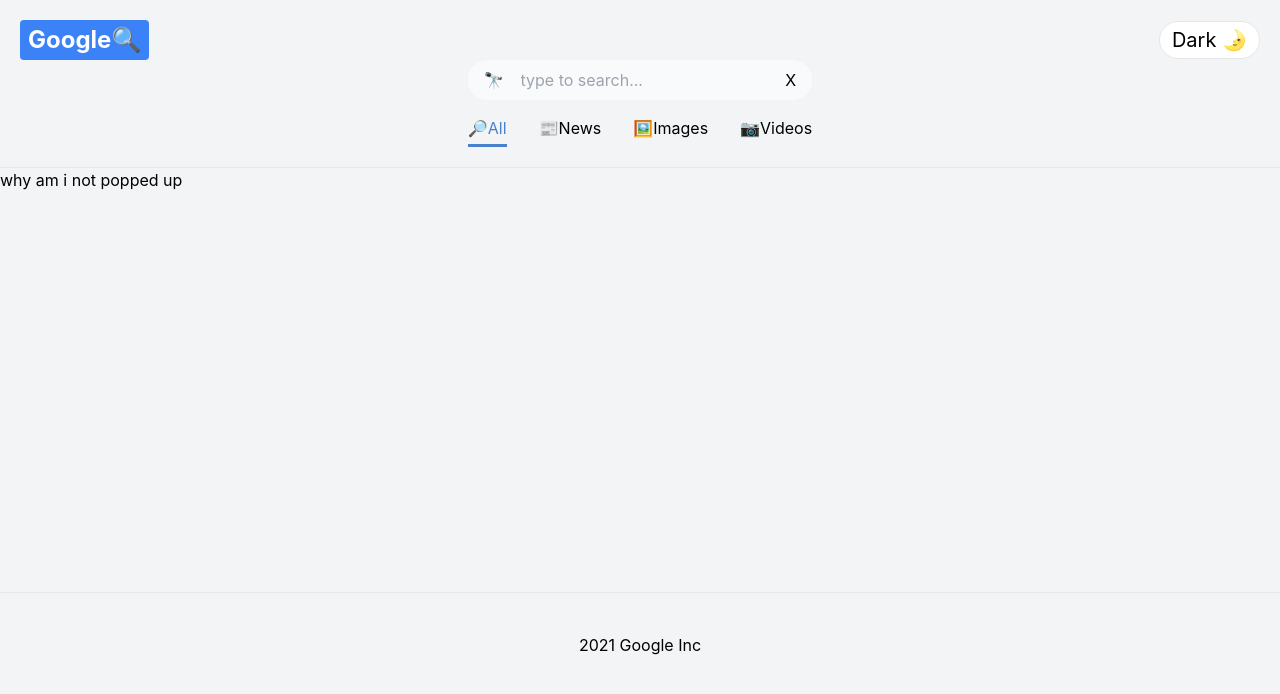
Repository: duck2913/google-search-clone
Page: /
These files come from the project's save history. The page is drawn as it stood at one moment and after the next save; the edit follows.
The browser window is 1280 px wide. The pictures show the whole page.
The project was rebuilt for these pictures with package versions that can differ from the ones it lists, and the page was loaded fresh each time. Also part of the build but not shown: src/App.css, src/routes/Images.tsx, src/routes/Video.tsx, src/routes/News.tsx.

Above is the page before, as saved 2022-05-25 16:06:16.

After the next save:
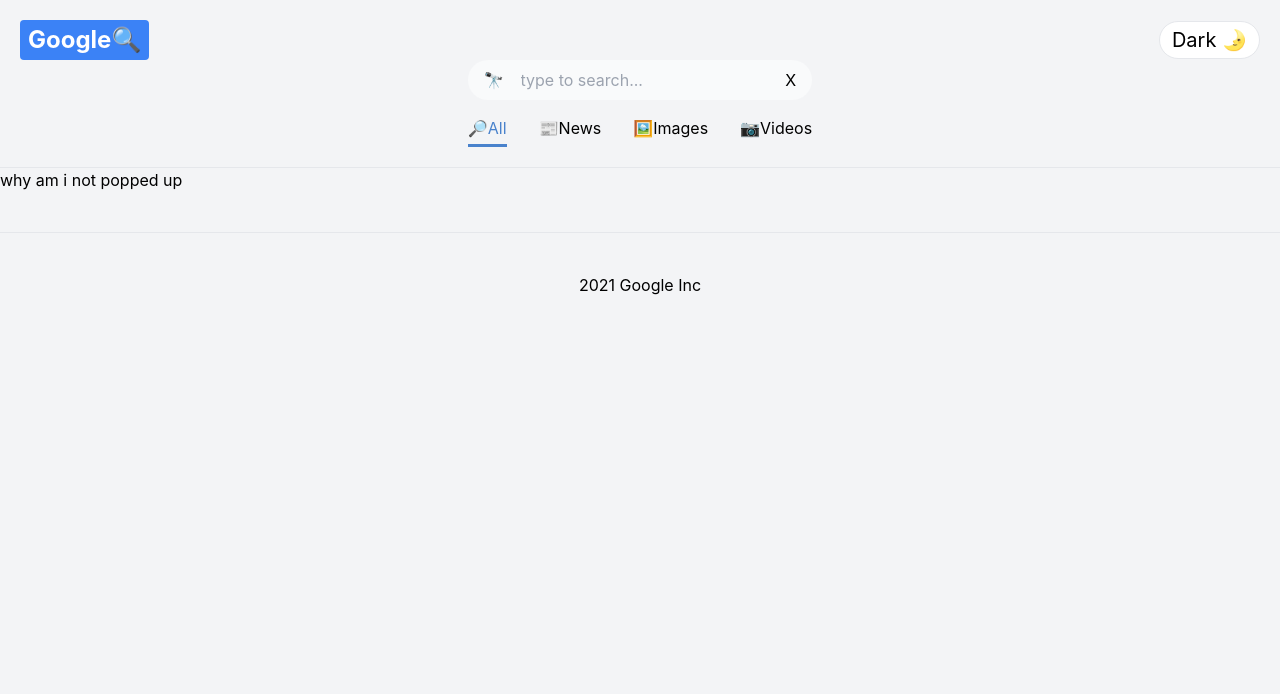
Saved 4 h 5 min later.
--- a/src/routes/Results.tsx
+++ b/src/routes/Results.tsx
@@ -1,5 +1,5 @@
 const Results = () => {
-	return <div className="h-96">why am i not popped up</div>;
+	return <div className="h-">why am i not popped up</div>;
 };
 
 export default Results;

After the 2 saves that followed:
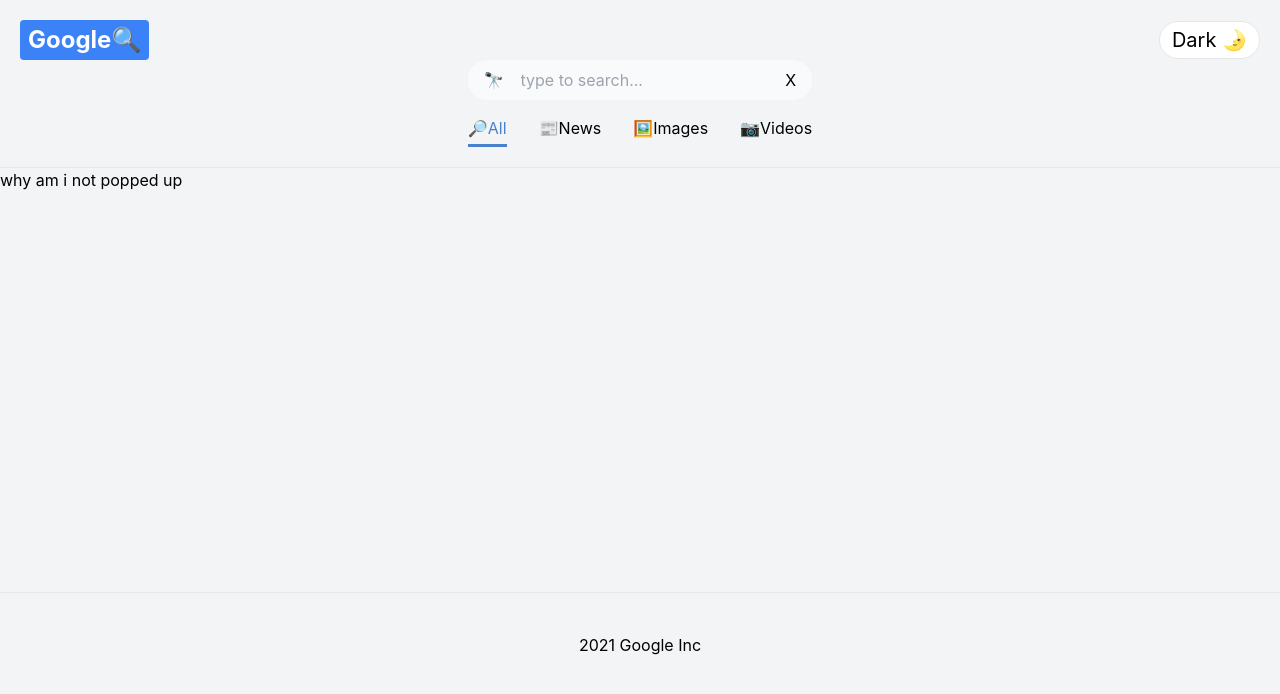
The 2 saves are shown as one change because they came seconds apart.
The last was saved 15 s later.
--- a/src/routes/Results.tsx
+++ b/src/routes/Results.tsx
@@ -1,5 +1,5 @@
 const Results = () => {
-	return <div className="h-">why am i not popped up</div>;
+	return <div className="h-96">why am i not popped up</div>;
 };
 
 export default Results;
